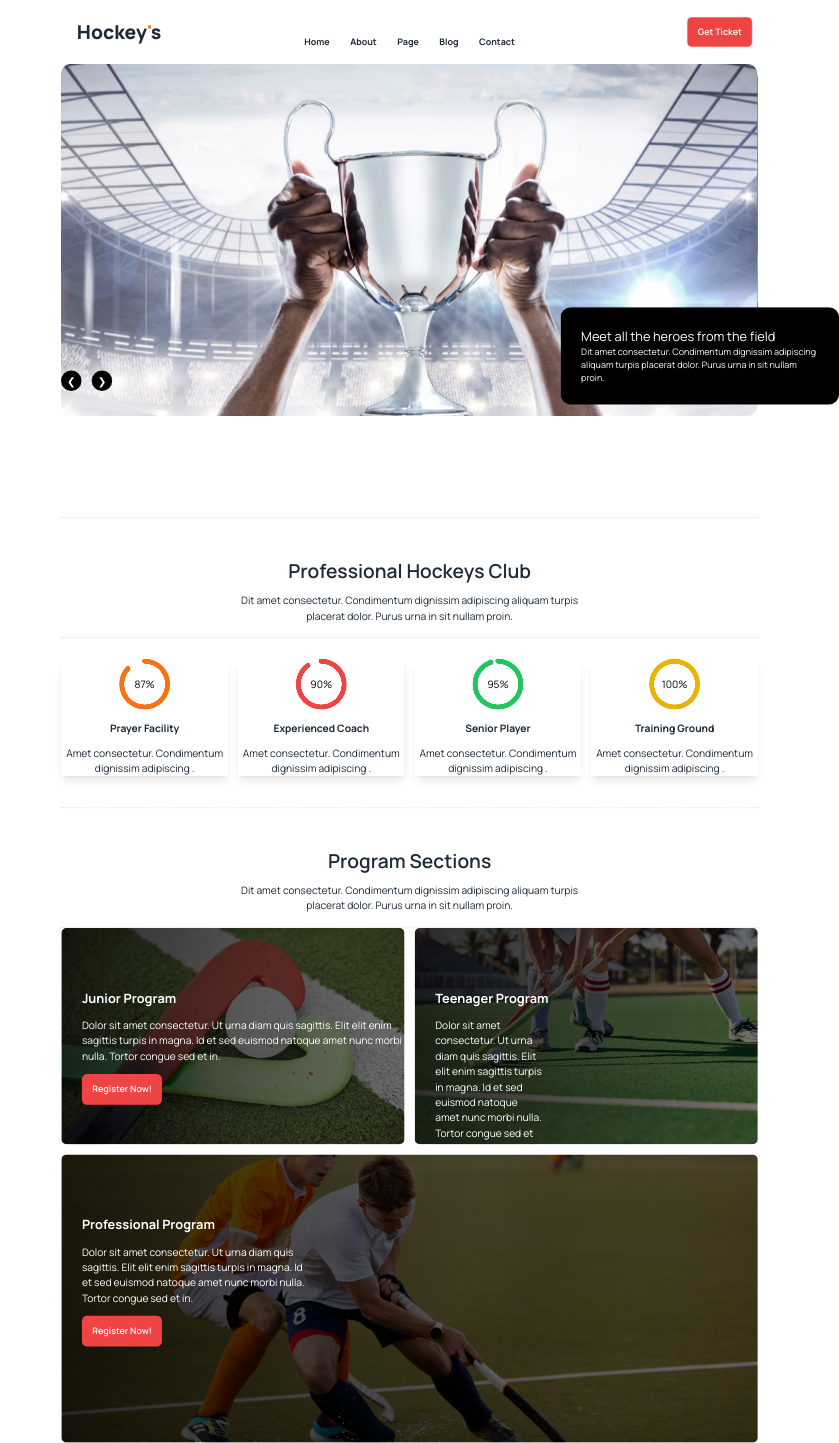
Repository: RudrasahaDibos/Hockey-
Page: index.html
The author's editor kept a copy of each file at every save. The page is drawn from the files as they stood at one save, then again after the next save.
The browser window is 1280 px wide. The page is 1311 px wide, so the pictures cover 1311 px, including what lies to the right of the window. The pictures show the whole page, at 64% of full size.
Some web libraries are served in a nearby version.

Above is the page before, as saved 2024-10-23 22:44:33.

### index.html
<!DOCTYPE html>
<html lang="en">
<head>
    <meta charset="UTF-8">
    <meta name="viewport" content="width=device-width, initial-scale=1.0">
    <title>Hockeys</title>
    <!-- Tailwinds css -->
    <link href="https://cdn.jsdelivr.net/npm/daisyui@4.12.13/dist/full.min.css" rel="stylesheet" type="text/css" />
    <script src="https://cdn.tailwindcss.com"></script>
    <!-- Font asome -->
    <link rel="stylesheet" href="https://cdnjs.cloudflare.com/ajax/libs/font-awesome/6.6.0/css/all.min.css" integrity="sha512-Kc323vGBEqzTmouAECnVceyQqyqdsSiqLQISBL29aUW4U/M7pSPA/gEUZQqv1cwx4OnYxTxve5UMg5GT6L4JJg==" crossorigin="anonymous" referrerpolicy="no-referrer" />
   <!-- tailwind custom css -->
   <script>
    tailwind.config = {
      theme: {
        extend: {
          colors: {
            clifford: '#da373d',
          }
        }
      }
    }
  </script>
  <!-- google Font  -->
  <link rel="preconnect" href="https://fonts.googleapis.com">
  <link rel="preconnect" href="https://fonts.gstatic.com" crossorigin>
  <link href="https://fonts.googleapis.com/css2?family=Manrope:wght@200..800&display=swap" rel="stylesheet">

  <style>
.manrope {
  font-family: "Manrope", serif;
}
  </style>

</head>
<body class="manrope">
    <!-- header section start here -->
       <header class="container mx-auto lg:px-24 px-8">
                 <!-- navber start here -->
                     <nav>
                        <div class="navbar bg-base-100">
                            <div class="navbar-start">
                              <div class="dropdown">
                                <div tabindex="0" role="button" class="  lg:hidden">
                                  <svg
                                    xmlns="http://www.w3.org/2000/svg"
                                    class="h-5 w-5"
                                    fill="none"
                                    viewBox="0 0 24 24"
                                    stroke="currentColor">
                                    <path
                                      stroke-linecap="round"
                                      stroke-linejoin="round"
                                      stroke-width="2"
                                      d="M4 6h16M4 12h8m-8 6h16" />
                                  </svg>
                                </div>
                                <ul
                                  tabindex="0"
                                  class="menu menu-sm dropdown-content bg-base-100 rounded-box z-[1] mt-3 w-52 p-2 shadow">

                                    <li><a>Home</a></li>
                                    <li><a>About</a></li>
                                    <li><a>Page</a></li>
                                    <li><a>Blog</a></li>
                                    <li><a>Contact</a></li>

                                </ul>
                              </div>

                              <a class=" ml-4  text-2xl lg:text-3xl font-extrabold ">Hockey<span class="text-orange-500">'</span>s</a>

                            </div>
                            <div class="navbar-center hidden lg:flex">
                              <ul class="menu menu-horizontal px-1 mt-8">
                                <li class="hover:text-orange-500 font-bold"><a>Home</a></li>
                                <li  class="hover:text-orange-500 font-bold"><a>About</a></li>
                                <li  class="hover:text-orange-500 font-bold"><a>Page</a></li>
                                <li  class="hover:text-orange-500 font-bold"><a>Blog</a></li>
                                <li  class="hover:text-orange-500 font-bold"><a>Contact</a></li>
                              </ul>
                            </div>
                            <div class="navbar-end  lg:ml-0 ml-20">

                              <a class="btn bg-red-500 text-white  ">Get Ticket</a>
                            </div>
                          </div>
                     </nav>
                 <!-- navber end here -->

                  <!-- banner start here -->
                     <div>
                      <div class="carousel w-full">
                        <div id="slide1" class="carousel-item relative w-full ">
                          <img
                            src="Images/1.png"
                            class="w-full lg:h-[550px] " />
                          <div class="absolute lg:left-0 lg:right-0 lg:top-[90%] left-[90px] top-[80%] flex -translate-y-1/2 transform gap-4">
                            <div class=" h-8 w-8 rounded-full bg-black text-white flex justify-center items-center ">
                              <a href="#slide4" class="lg:btn lg:btn-circle">❮</a>
                            </div>
                            <div class="h-8 w-8 rounded-full bg-black text-white flex justify-center items-center">
                              <a href="#slide2" class="lg:btn lg:btn-circle ">❯</a>
                            </div>
                          </div>
                        </div>
                        <div id="slide2" class="carousel-item relative w-full">
                          <img
                            src="Images/2.png"
                            class="w-full lg:h-[550px]" />
                            <div class="absolute lg:left-0 lg:right-0 lg:top-[90%] left-[90px] top-[80%] flex -translate-y-1/2 transform gap-4">
                              <div class=" h-8 w-8 rounded-full bg-black text-white flex justify-center items-center ">
                                <a href="#slide1" class="lg:btn lg:btn-circle">❮</a>
                              </div>
                              <div class="h-8 w-8 rounded-full bg-black text-white flex justify-center items-center">
                                <a href="#slide3" class="lg:btn lg:btn-circle ">❯</a>
                              </div>
                            </div>
                        </div>
                        <div id="slide3" class="carousel-item relative w-full">
                          <img
                            src="Images/3.png"
                            class="w-full lg:h-[550px]" />
                            <div class="absolute lg:left-0 lg:right-0 lg:top-[90%] left-[90px] top-[80%] flex -translate-y-1/2 transform gap-4">
                              <div class=" h-8 w-8 rounded-full bg-black text-white flex justify-center items-center ">
                                <a href="#slide2" class="lg:btn lg:btn-circle">❮</a>
                              </div>
                              <div class="h-8 w-8 rounded-full bg-black text-white flex justify-center items-center">
                                <a href="#slide4" class="lg:btn lg:btn-circle ">❯</a>
                              </div>
                            </div>
                        </div>
                        <div id="slide4" class="carousel-item relative w-full">
                          <img
                            src="Images/4.png"
                            class="w-full lg:h-[550px]" />
                            <div class="absolute lg:left-0 lg:right-0 lg:top-[90%] left-[90px] top-[80%] flex -translate-y-1/2 transform gap-4">
                              <div class=" h-8 w-8 rounded-full bg-black text-white flex justify-center items-center ">
                                <a href="#slide3" class="lg:btn lg:btn-circle">❮</a>
                              </div>
                              <div class="h-8 w-8 rounded-full bg-black text-white flex justify-center items-center">
                                <a href="#slide1" class="lg:btn lg:btn-circle ">❯</a>
                              </div>
                            </div>
                        </div>
                      </div>

                        <!-- meet all hero  -->
                        <div class=" card bg-black  p-2 lg:p-8  lg:w-2/5 lg:-translate-y-44 lg:left-[780px]">
                          <div class="">
                            <h2 class="lg:text-xl bold text-white">Meet all the heroes from the field</h2>
                            <p class="text-sm text-white">Dit amet consectetur. Condimentum dignissim adipiscing aliquam   turpis placerat dolor. Purus urna in sit nullam proin. </p>

                          </div>
                        </div>
                      <!-- meet hero ebds -->


                     </div>


                   <!-- banner end here -->
       </header>
       <!-- Header section End here -->

       <!-- Main secetion start here  -->
        <main>
                      <!-- Professional Hockeys Club start here -->
                         <section class=" container mx-auto lg:px-24 px-8 lg:mt-0  mt-5  ">
                                 <div class="text-center space-y-4 border-dotted border-t-2 border-b-2  border-separate h-[189px] lg:pt-16">
                                     <h1 class=" text-xl lg:text-3xl font-semibold">Professional Hockeys Club</h1>
                                     <p class="lg:w-[50%] lg:mx-auto">Dit amet consectetur. Condimentum dignissim adipiscing aliquam turpis placerat dolor. Purus urna in sit nullam proin. </p>
                                 </div>
                                  <div class="mt-8">
                                        <div class="grid grid-cols-1 md:gird-cols-2 lg:grid-cols-4 gap-4 ">
                                                <div class=" h-50 shadow-lg space-y-4 flex flex-col justify-center items-center">
                                                  <div class="radial-progress text-orange-500  " style="--value:87;" role="progressbar"><span class="text-black"> 87%</span></div>
                                                    <h3 class="font-bold">Prayer Facility</h3>
                                                    <p class="text-center">Amet consectetur. Condimentum dignissim adipiscing .</p>
                                                </div>
                                                <div class=" h-50 shadow-lg space-y-4 flex flex-col justify-center items-center">
                                                  <div class="radial-progress text-red-500  " style="--value:90;" role="progressbar"><span class="text-black"> 90%</span></div>
                                                    <h3 class="font-bold">Experienced Coach</h3>
                                                    <p class="text-center">Amet consectetur. Condimentum dignissim adipiscing .</p>
                                                </div>
                                                <div class=" h-50  shadow-lg space-y-4 flex flex-col justify-center items-center">
                                                  <div class="radial-progress text-green-500  " style="--value:95;" role="progressbar"><span class="text-black"> 95%</span></div>
                                                    <h3 class="font-bold">Senior Player</h3>
                                                    <p class="text-center">Amet consectetur. Condimentum dignissim adipiscing .</p>
                                                </div>
                                                <div class=" h-50 shadow-lg space-y-4 flex flex-col justify-center items-center">
                                                  <div class="radial-progress text-yellow-500  " style="--value:100;" role="progressbar"><span class="text-black"> 100%</span></div>
                                                    <h3 class="font-bold">Training Ground</h3>
                                                    <p class="text-center">Amet consectetur. Condimentum dignissim adipiscing .</p>
                                                </div>
                                        </div>
                                  </div>

                         </section>
                       <!-- Professional Hockeys Club end here -->


                       <!-- Program Sections start here -->
                            <section class="container mx-auto lg:px-24 px-8 mt-12 ">
                              <div class="text-center space-y-4 border-dotted border-t-2 border-b-2  border-separate h-[189px] lg:pt-16">
                                <h1 class=" text-xl lg:text-3xl font-semibold">Program Sections</h1>
                                <p class="lg:w-[50%] lg:mx-auto">Dit amet consectetur. Condimentum dignissim adipiscing aliquam turpis placerat dolor. Purus urna in sit nullam proin. </p>
                            </div>
                               <div>
                                <div class="grid  grid-cols-1 lg:grid-cols-2 gap-4">

                                  <div class=" relative bg-no-repeat rounded-lg  bg-center bg-cover  w-full bg-[linear-gradient(90deg,rgb(0,0,0,0.8),rgb(0,0,0,0.5)),url(./images/2.png)] h-[244px] lg:h-[338px]">

                                   <div class="text-start lg:pt-24 space-y-2 lg:space-y-4 pl-8">
                                    <h2 class="text-white text-xl font-bold">Junior Program</h2>
                                    <p class="text-white">Dolor sit amet consectetur. Ut urna diam quis sagittis. Elit elit
                                      enim sagittis turpis in magna. Id et sed euismod natoque amet nunc morbi nulla. Tortor congue sed et in.</p>
                                     <button class="btn bg-red-500 border-none text-white">Register Now!</button>
                                   </div>
                                 </div>

                                  <div class="relative  bg-no-repeat rounded-lg  bg-center bg-cover  w-full bg-[linear-gradient(90deg,rgb(0,0,0,0.8),rgb(0,0,0,0.5)),url(./images/3.png)] h-[244px] lg:h-[338px]">
                                    <div class="text-start lg:pt-24 space-y-2 lg:space-y-4 pl-8">
                                      <h2 class="text-white text-xl font-bold">Teenager Program</h2>
                                      <p class="text-white w-1/3">Dolor sit amet consectetur. Ut urna diam quis sagittis. Elit elit
                                        enim sagittis turpis in magna. Id et sed euismod natoque amet nunc morbi nulla. Tortor congue sed et in.</p>
                                       <button class="btn bg-red-500 border-none text-white">Register Now!</button>
                                     </div>
                                  </div>
                                  <div class=" lg:col-span-2 relative  rounded-lg  bg-center bg-cover w-full bg-[linear-gradient(90deg,rgb(0,0,0,0.8),rgb(0,0,0,0.5)),url(./images/4.png)] h-[244px] lg:h-[450px]">
                                    <div class="text-start lg:pt-24 space-y-2 lg:space-y-4 pl-8">
                                      <h2 class="text-white text-xl font-bold">Professional Program</h2>
                                      <p class="text-white w-1/3">Dolor sit amet consectetur. Ut urna diam quis sagittis. Elit elit
                                        enim sagittis turpis in magna. Id et sed euismod natoque amet nunc morbi nulla. Tortor congue sed et in.</p>
                                       <button class="btn bg-red-500 border-none text-white">Register Now!</button>
                                     </div>
                                  </div>
                                </div>
                               </div>
                            </section>

                       <!-- Program Sections end here -->
        </main>
        <!-- main section end here -->

</body>
</html>

After the next save:
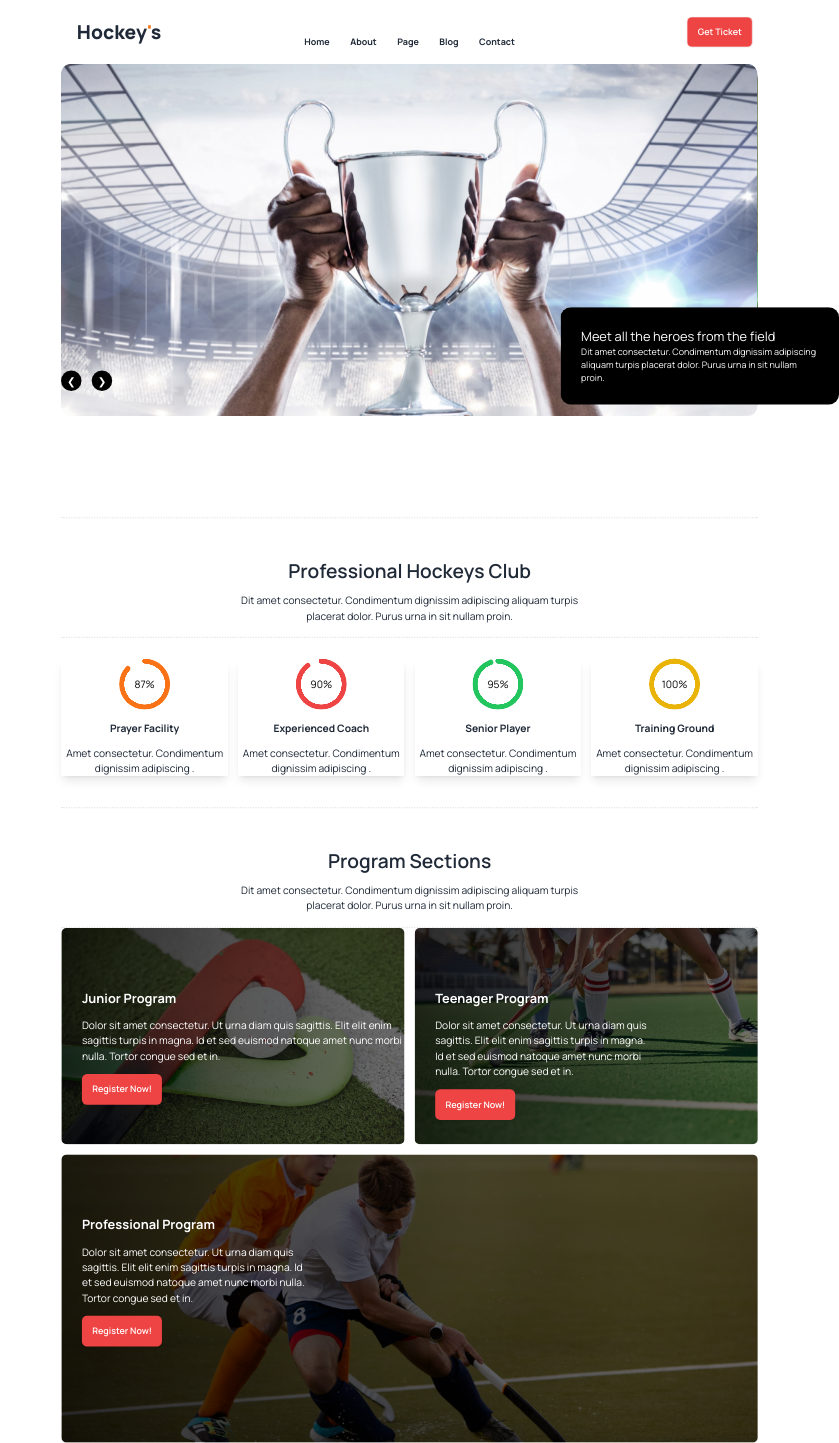
Saved 9 s later.
--- a/index.html
+++ b/index.html
@@ -222,7 +222,7 @@
                                   <div class="relative  bg-no-repeat rounded-lg  bg-center bg-cover  w-full bg-[linear-gradient(90deg,rgb(0,0,0,0.8),rgb(0,0,0,0.5)),url(./images/3.png)] h-[244px] lg:h-[338px]">
                                     <div class="text-start lg:pt-24 space-y-2 lg:space-y-4 pl-8">
                                       <h2 class="text-white text-xl font-bold">Teenager Program</h2>
-                                      <p class="text-white w-1/3">Dolor sit amet consectetur. Ut urna diam quis sagittis. Elit elit
+                                      <p class="text-white w-2/3">Dolor sit amet consectetur. Ut urna diam quis sagittis. Elit elit
                                         enim sagittis turpis in magna. Id et sed euismod natoque amet nunc morbi nulla. Tortor congue sed et in.</p>
                                        <button class="btn bg-red-500 border-none text-white">Register Now!</button>
                                      </div>
